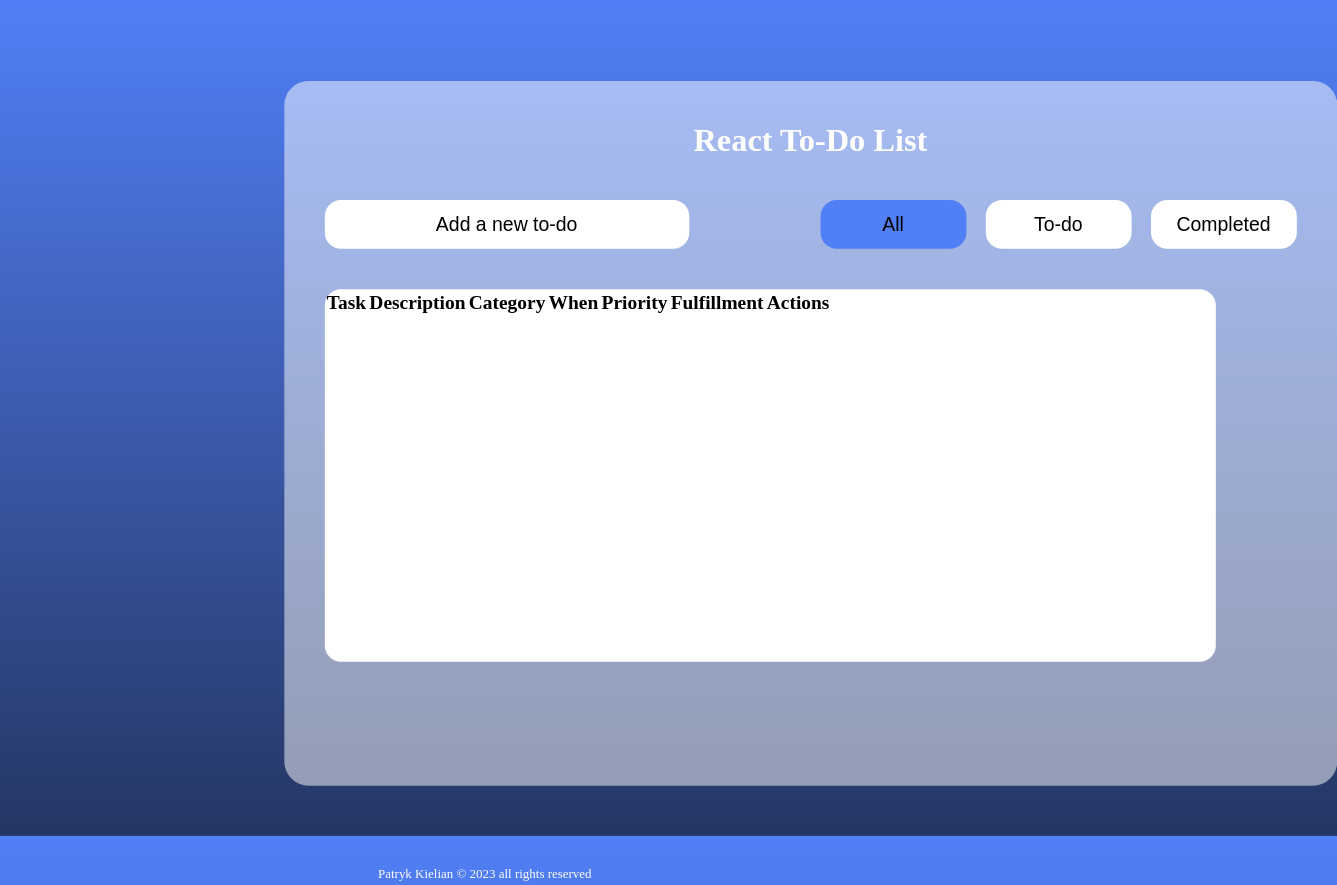
Repository: mirajane2/maquette-todo
Page: index.html
These files come from the project's save history. The page is drawn as it stood at one moment and after the next save; the edit follows.
The browser window is 1280 px wide. The page is 1651 px wide, then 1501 px, then 1651 px, so the pictures cover 1651 px, including what lies to the right of the window. The pictures show the whole page, at 81% of full size.
The page's requests for data from a server got no answer.

Above is the page before, as saved 2024-11-18 11:46:20.

After the next save:
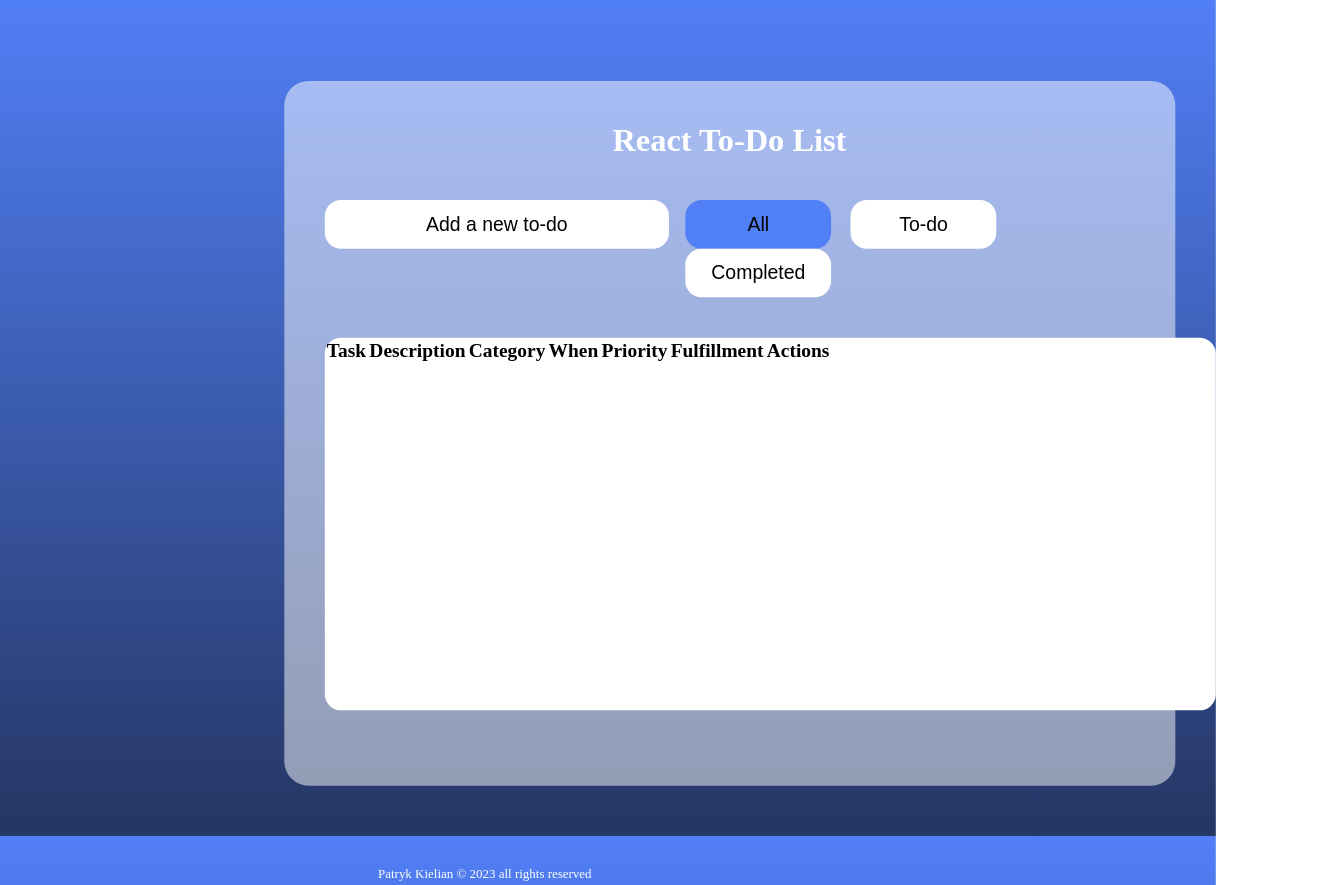
Saved 5 s later.
--- a/index.css
+++ b/index.css
@@ -13,7 +13,7 @@
 }
 
 .content{
-    width: 1200px;
+    width: 1000px;
     height: 770px;
     background-color: #FFFFFF80;
     border-radius: 30px;

After the save that followed:
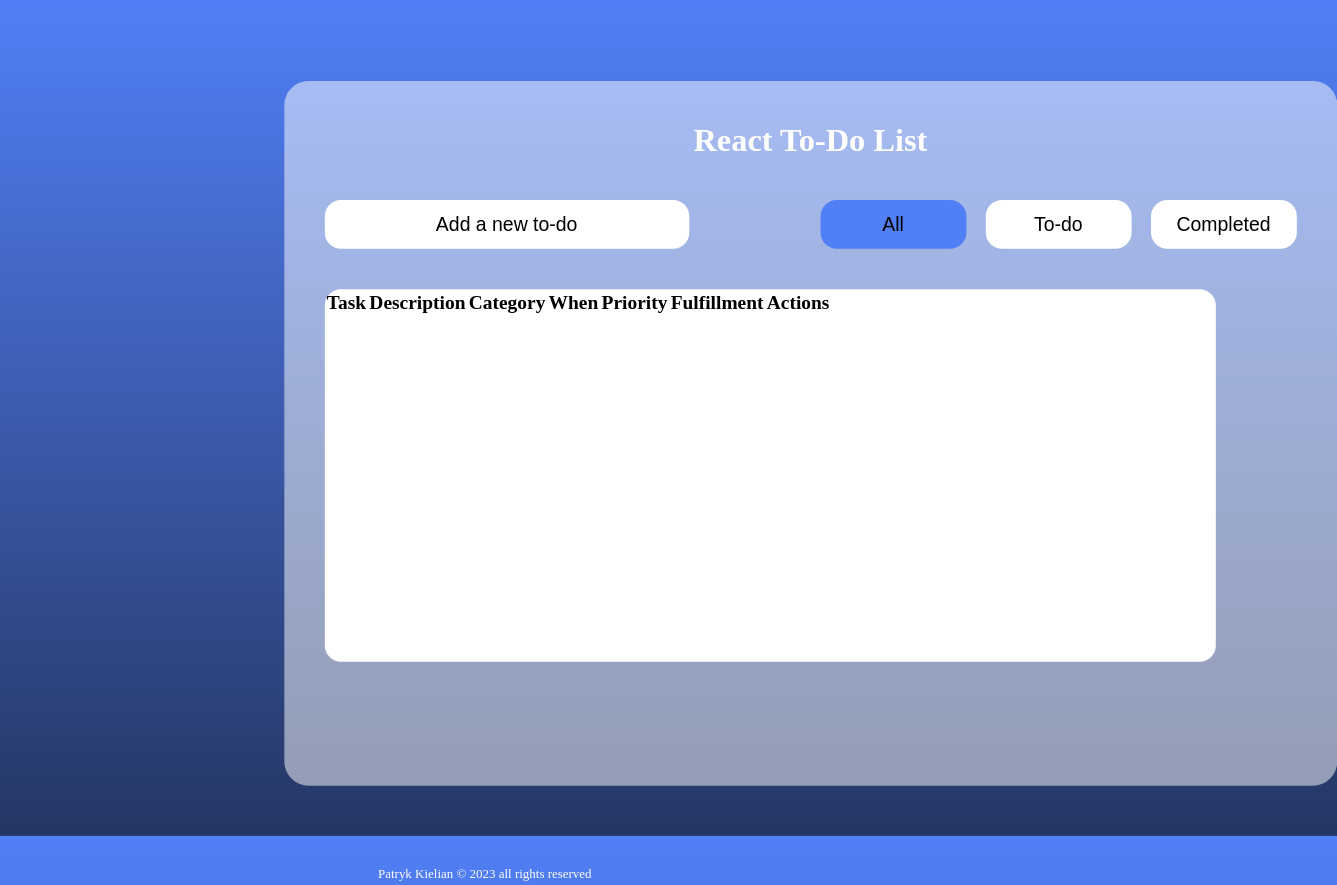
Saved 28 s later.
--- a/index.css
+++ b/index.css
@@ -13,7 +13,7 @@
 }
 
 .content{
-    width: 1000px;
+    width: 1200px;
     height: 770px;
     background-color: #FFFFFF80;
     border-radius: 30px;
